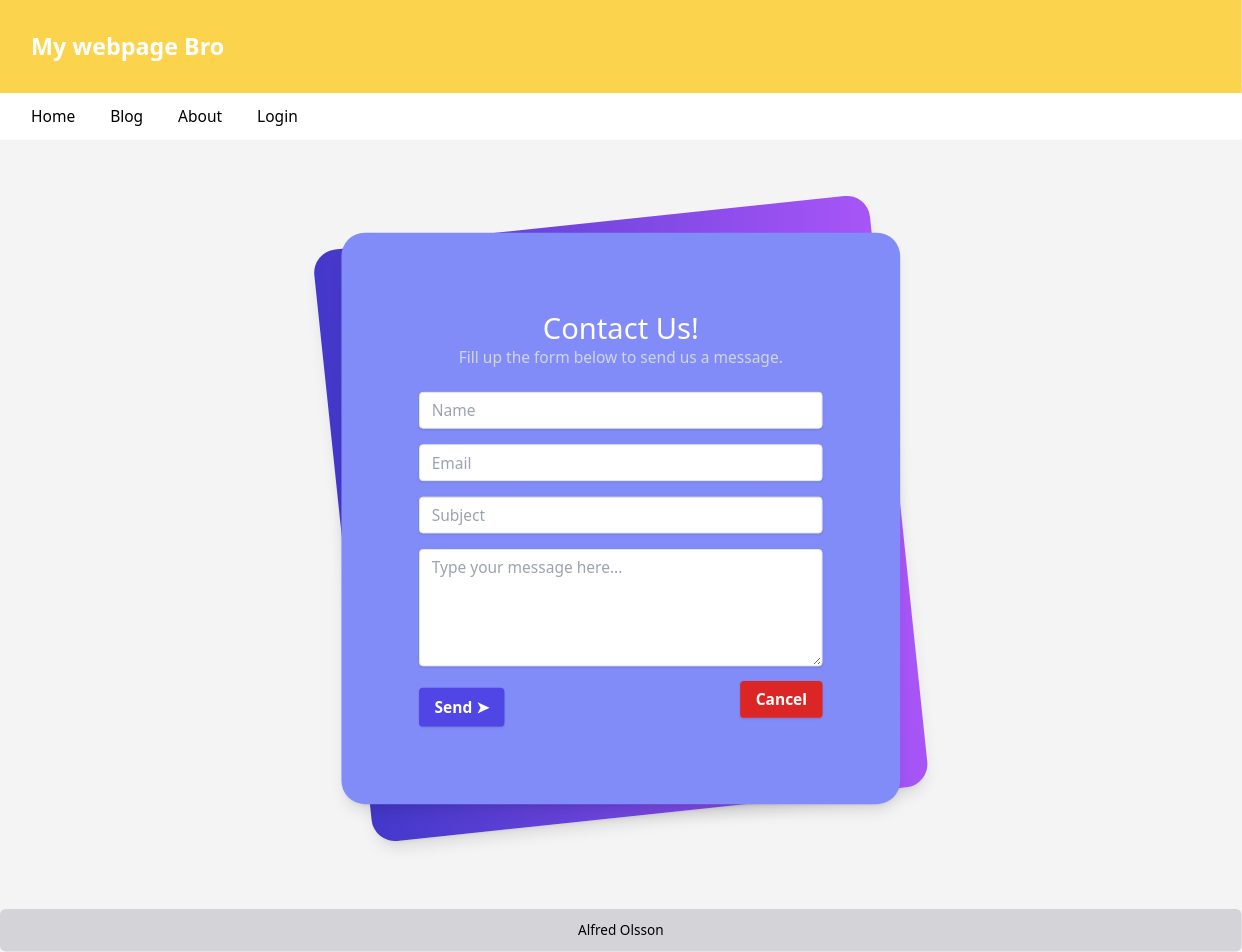
Repository: AlligatorAffe/NextWebsite
Page: /blogpostCreation
The author's editor kept a copy of each file at every save. The page is drawn from the files as they stood at one save, then again after the next save.
The browser window is 1280 px wide. The pictures show the whole page, at 97% of full size.
The project was rebuilt for these pictures with package versions that can differ from the ones it lists, and the page was loaded fresh each time. The framework's server and built-in components were replaced by stand-ins that run in the browser. Also part of the build but not shown: next.config.js.

Above is the page before, as saved 2024-01-05 15:15:49.

### app/layout.tsx
import './globals.css'
import { Metadata } from 'next'
import Link from 'next/link'
import Footer from '../app/components/footer'
import { title } from 'process'
import Header from '../app/components/header'




export const metadata: Metadata = {
  title: 'My webbpage',
  description: 'Welcome to Next.js',
}

/**
 *
 *
 *
 *
 *
 *

const inter = Inter({ subsets: ['latin'] })

export const metadata: Metadata = {
  title: 'Create Next App',
  description: 'Generated by create next app',
}

export default function RootLayout({
  children,
}: {
  children: React.ReactNode
}) {
  return (
    <html lang="en">
      <body>{children}</body>
    </html>
  )
}

 */

export default function RootLayout({
  // Layouts must accept a children prop.
  // This will be populated with nested layouts or pages
  children,

}: {
  children: React.ReactNode
}) {
  const navLinks = [
    { href: '/', label: 'Home' },
    { href: '/blogpost', label: 'Blog' },
    { href: '/about', label: 'About' },
    { href: '/auth/login', label: 'Login'}
  ];
  return (
    <html lang="en">
      <body className="flex flex-col min-h-screen bg-zinc-100 text-black">
        <div className="flex-grow">
          <Header title="My webpage Bro"/>
          <nav className="bg-white p-3">
            <ul className="flex space-x-4">
              {navLinks.map((link, index) => (
                <li key={index}>
                  <div className="pl-5">
                    <Link href={link.href} >
                      {link.label}
                    </Link>
                  </div>
                </li>
              ))}
            </ul>
          </nav>
          <div className='pt-5 p-8'>
            {children}
          </div>

        </div>
          <Footer title="Alfred Olsson" />
      </body>
    </html>

  )
}

### app/template.tsx



export default function Template({ children }: { children: React.ReactNode }) {
    return <div>{children}</div>
  }

### app/blogpostCreation/page.tsx
'use client'

import { title } from "process"
import React, {useState, useEffect, SyntheticEvent } from "react"
import { collection, addDoc } from 'firebase/firestore'
import Link from "next/link"
import { useRouter } from "next/router"


export default function Page(){

  const handleReset = () => {
    // Navigate to the desired page using the router
      console.log("i clicked blogpost")

  }
  const[articleData, setArticleData] = useState([
    { articleId:1,
      userImage:"https://tailwindcss.com/img/jonathan.jpg",
      title:"How to be effective at working remotely?",
      textBody:"ijrgoiejgorejgoergjerogijeogijegoiej ejgoeirgj jgeoijg ioejr oeirgj oegi jegrg",
      textBodyImage:"https://images.pexels.com/photos/461077/pexels-photo-461077.jpeg?auto=compress&amp;cs=tinysrgb&amp;dpr=1&amp;w=500"
    },
    {
      articleId:2,
      userImage:"https://external-content.duckduckgo.com/iu/?u=https%3A%2F%2Ffiles.allers.se%2Fuploads%2F2016%2F05%2Fkatt-ber.jpg&f=1&nofb=1&ipt=59ee8677b35f4fabbe3e782f26cecc9b32c7d02920c776357fadce7be2a269cc&ipo=images",
      title:"How to effectivly destroy everything?",
      textBody:"ijrgoiejgorejgoergjerogijeogijegoiej ejgoeirgj jgeoijg ioejr oeirgj oegi jegrg",
      textBodyImage:"https://external-content.duckduckgo.com/iu/?u=https%3A%2F%2Fresize.prod.docfr.doc-media.fr%2Fimg%2Fvar%2Fdoctissimo%2Fstorage%2Fimages%2Ffr%2Fwww%2Fpsychologie%2Fdictionnaire-des-reves%2Freve-d-explosion%2F3205880-1-fre-FR%2Freve-d-explosion.jpg&f=1&nofb=1&ipt=a45e85f09b177ad74d42140990d7ebbfa541d29099928cc747d4311dc6d7af43&ipo=images"
    },
    {
      articleId:3,
      userImage:"https://external-content.duckduckgo.com/iu/?u=https%3A%2F%2Fwww.vilse.nu%2Fmedia%2F43168%2Fkatt_svartvit__20190612_184638__1001x1001.jpg%3Fwidth%3D748&f=1&nofb=1&ipt=accd15e68505d30696e4caf010a04ea5cdce1fc67b35bf1695ac93f4f9249142&ipo=images",
      title:"How to effectivly destroy everything?",
      textBody:"ijrgoiejgorejgoergjerogijeogijegoiej ejgoeirgj jgeoijg ioejr oeirgj oegi jegrg",
      textBodyImage:"https://external-content.duckduckgo.com/iu/?u=https%3A%2F%2Fresize.prod.docfr.doc-media.fr%2Fimg%2Fvar%2Fdoctissimo%2Fstorage%2Fimages%2Ffr%2Fwww%2Fpsychologie%2Fdictionnaire-des-reves%2Freve-d-explosion%2F3205880-1-fre-FR%2Freve-d-explosion.jpg&f=1&nofb=1&ipt=a45e85f09b177ad74d42140990d7ebbfa541d29099928cc747d4311dc6d7af43&ipo=images"
    }
  ]);
  const [newArticle,setNewArticle] = useState({
    articleId:"",
    userImage:"",
    title:"",
    textBody:"",
    textBodyImage:"",
  })
//Add item to database

  const addItem = async (e: SyntheticEvent) => {
    e.preventDefault()
  }

  // Read item from database


  // delete item from database




  return (
    <div className="max-w-screen-xl mx-auto p-16">
      <div className="sm:grid lg:grid-cols-3 sm:grid-cols-2 gap-10">

    </div>
        <div className="relative py-3 sm:max-w-xl sm:mx-auto">
      <div className="absolute inset-0 bg-gradient-to-r from-indigo-700 to-purple-500 shadow-lg transform -skew-y-6 sm:skew-y-0 sm:-rotate-6 sm:rounded-3xl"></div>
      <div className="text-white relative px-4 py-10 bg-indigo-400 shadow-lg sm:rounded-3xl sm:p-20">
        <div className="text-center pb-6">
          <h1 className="text-3xl">Contact Us!</h1>
          <p className="text-gray-300">Fill up the form below to send us a message.</p>
        </div>

        <form>
  <input
    className="shadow mb-4 appearance-none border rounded w-full py-2 px-3 text-gray-700 leading-tight focus:outline-none focus:shadow-outline"
    type="text"
    placeholder="Name"
    name="name"
  />

  <input
    className="shadow mb-4 appearance-none border rounded w-full py-2 px-3 text-gray-700 leading-tight focus:outline-none focus:shadow-outline"
    type="email"
    placeholder="Email"
    name="email"
  />

  <input
    className="shadow mb-4 appearance-none border rounded w-full py-2 px-3 text-gray-700 leading-tight focus:outline-none focus:shadow-outline"
    type="text"
    placeholder="Subject"
    name="_subject"
  />

  <textarea
    className="shadow mb-4 min-h-0 appearance-none border rounded h-64 w-full py-2 px-3 text-gray-700 leading-tight focus:outline-none focus:shadow-outline"
    placeholder="Type your message here..."
    name="message"
    style={{ height: "121px" }}
  ></textarea>

  <div className="flex justify-between">
    <input
      className="shadow bg-indigo-600 hover:bg-indigo-700 text-white font-bold py-2 px-4 rounded focus:outline-none focus:shadow-outline"
      type="submit"
      value="Send ➤"
    />
    <Link href ="/blogpost">
      <a
        className="shadow bg-red-600 hover:bg-red-700 text-white font-bold py-2 px-4 rounded focus:outline-none focus:shadow-outline"
        onClick={ handleReset }>Cancel</a>
    </Link>

  </div>
</form>
      </div>
    </div>
  </div>

  )
}

### app/components/footer.tsx


type Props = {
  title: string,
}

export default function Footer({title}: Props){
  return (
    <footer className="bg-zinc-300 rounded-md p-3">
      <h3 className="text-black text-center text-sm font-medium">{title}</h3>
    </footer>

  )
}

### app/components/header.tsx
import { title } from "process";

type Props = {
  title: string,
}



export default function Header({title}: Props){
  return (
    <header className="bg-amber-300 p-8">
      <h1 className="text-2xl font-bold text-white">{title}</h1>
    </header>
  )

}

Loaded but not shown: app/globals.css (common file); tailwind.config.ts (common file)

After the next save:
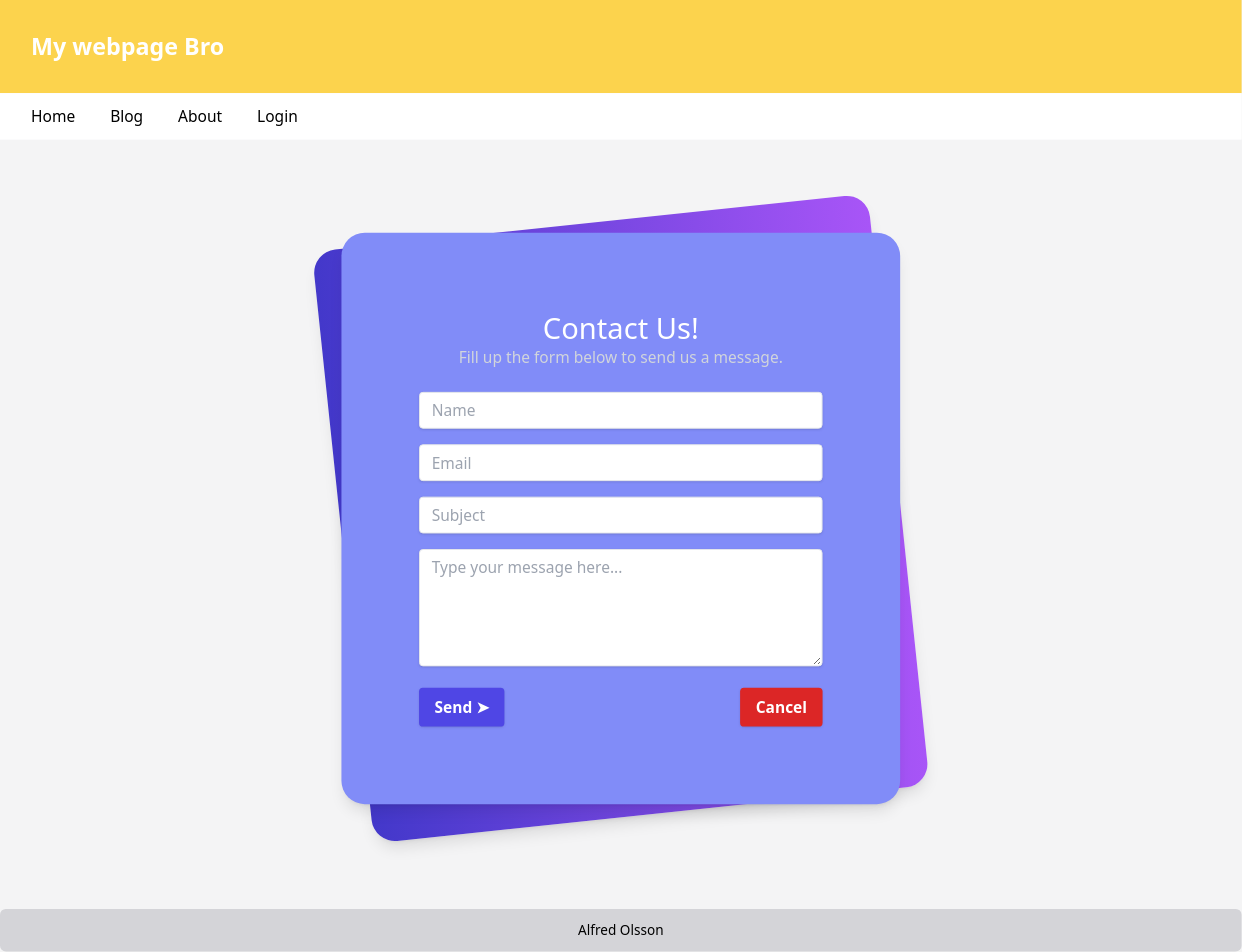
Saved 2 min 54 s later.
--- a/app/blogpostCreation/page.tsx
+++ b/app/blogpostCreation/page.tsx
@@ -105,10 +105,8 @@ export default function Page(){
       type="submit"
       value="Send ➤"
     />
-    <Link href ="/blogpost">
-      <a
-        className="shadow bg-red-600 hover:bg-red-700 text-white font-bold py-2 px-4 rounded focus:outline-none focus:shadow-outline"
-        onClick={ handleReset }>Cancel</a>
+    <Link href ="/blogpost"  className="shadow bg-red-600 hover:bg-red-700 text-white font-bold py-2 px-4 rounded focus:outline-none focus:shadow-outline">
+      Cancel
     </Link>
 
   </div>
